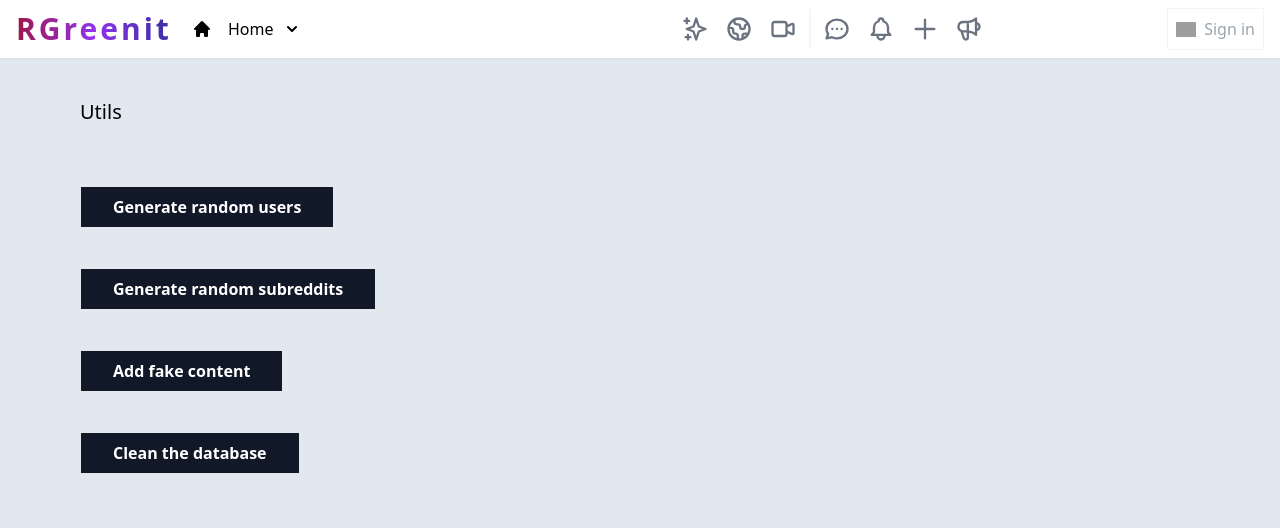
Repository: ITDevSolution/RGreen-it
Page: /utils
The author's editor kept a copy of each file at every save. The page is drawn from the files as they stood at one save, then again after the next save.
The browser window is 1280 px wide. The pictures show the whole page.
Pictures or frames that could not be fetched are drawn as grey boxes. The page's requests for data from a server got no answer. The project was rebuilt for these pictures with package versions that can differ from the ones it lists, and the page was loaded fresh each time. The framework's server and built-in components were replaced by stand-ins that run in the browser. No one was signed in, and anything a server would have sent is missing. Also part of the build but not shown: next.config.js.

Above is the page before, as saved 2022-07-08 12:40:32.

After the next save:
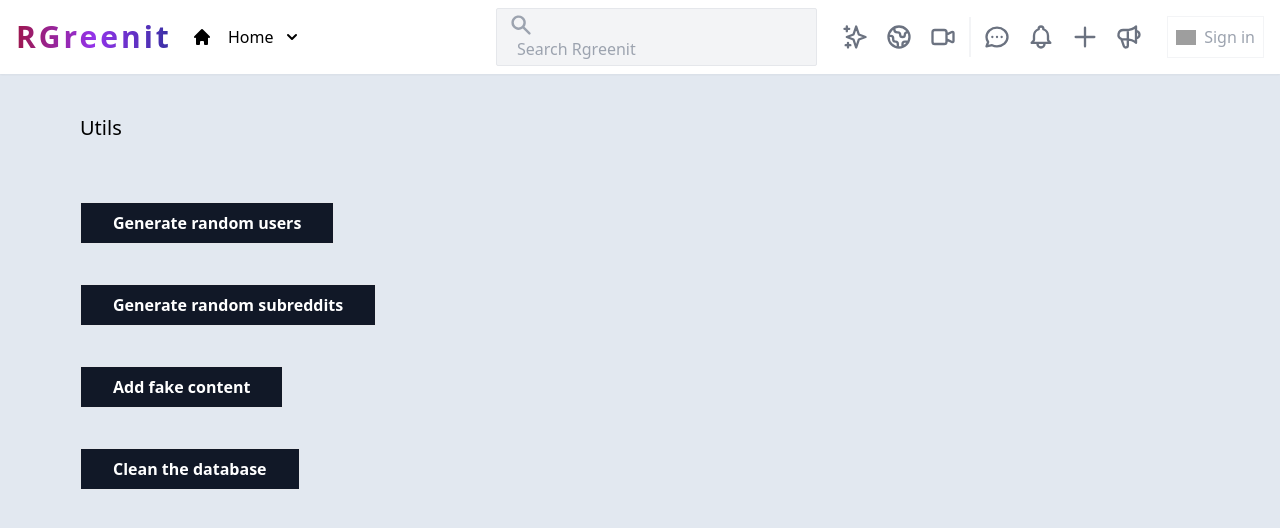
Saved 39 s later.
--- a/components/Header.js
+++ b/components/Header.js
@@ -46,7 +46,7 @@ function Header() {
       </div>
 
       {/* Search box */}
-      <form className="hidden md:relative md:flex-1 items-center space-x-2 rounded-sm border border-gray-200 bg-gray-100 px-3 py-1 ">
+      <form className="hidden md:inline md:flex-1 items-center space-x-2 rounded-sm border border-gray-200 bg-gray-100 px-3 py-1 ">
         <SearchIcon className="h-6 w-6 text-gray-400" />
         <input
           type="text"
